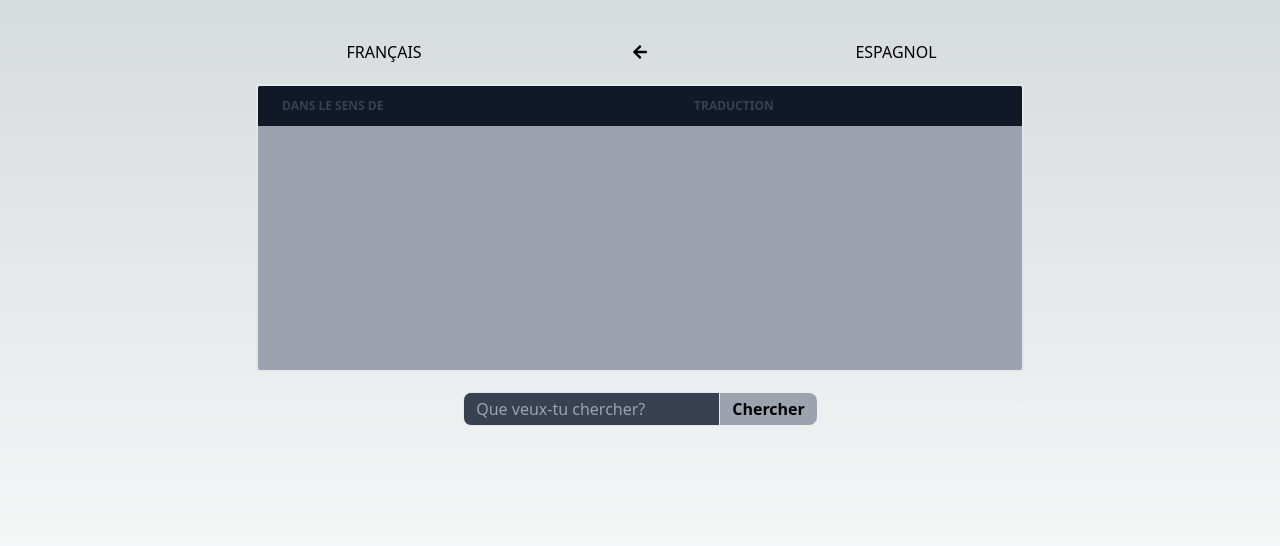
Repository: All-Khwarizmi/Dico
Page: /
The author's editor kept a copy of each file at every save. The page is drawn from the files as they stood at one save, then again after the next save.
The browser window is 1280 px wide. The pictures show the whole page.
An inner scrolling area shows only its first screen. The project was rebuilt for these pictures with package versions that can differ from the ones it lists, and the page was loaded fresh each time. The framework's server and built-in components were replaced by stand-ins that run in the browser. Also part of the build but not shown: next.config.js, vite.config.ts.

Above is the page before, as saved 2023-02-17 18:26:57.

After the next save:
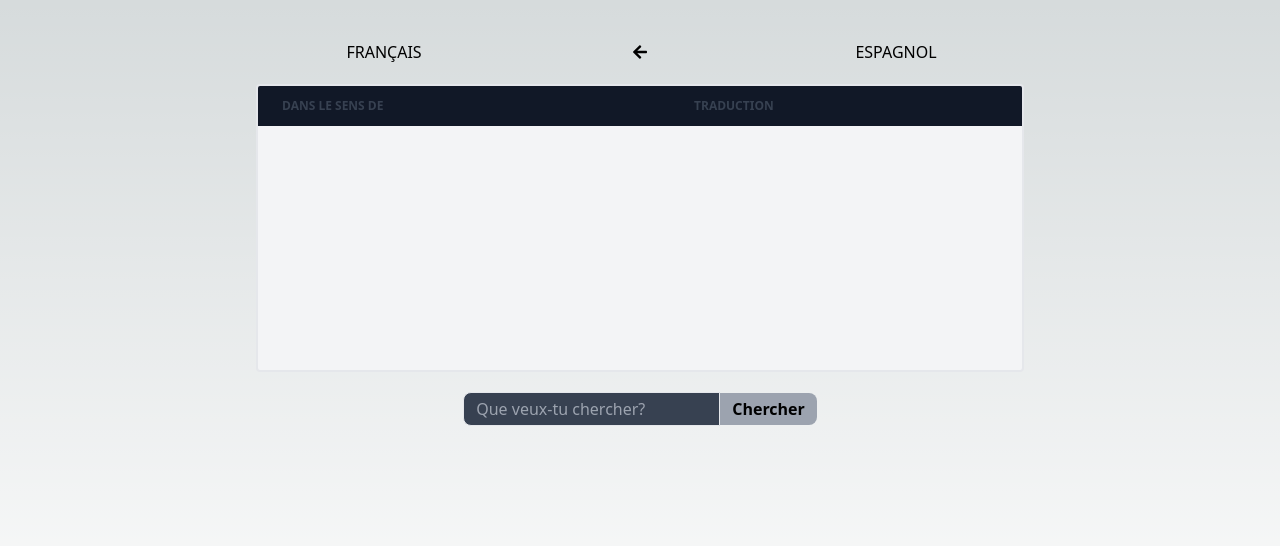
Saved 10 s later.
--- a/src/app/page.tsx
+++ b/src/app/page.tsx
@@ -108,7 +108,7 @@ export default function Home() {
         )}
       </div>
       <div className='flex h-[100%] flex-col items-center gap-5'>
-        <div className=' h-[40%] max-h-[40%] w-[60%] overflow-scroll rounded border-2 border-solid bg-gray-400'>
+        <div className=' h-[40%] max-h-[40%] w-[60%] overflow-scroll rounded border-2 border-solid bg-gray-100'>
           <div className='text-black '>
             <div className=''>
               <table className='  relative w-full text-left text-sm text-gray-500 dark:text-gray-400'>
